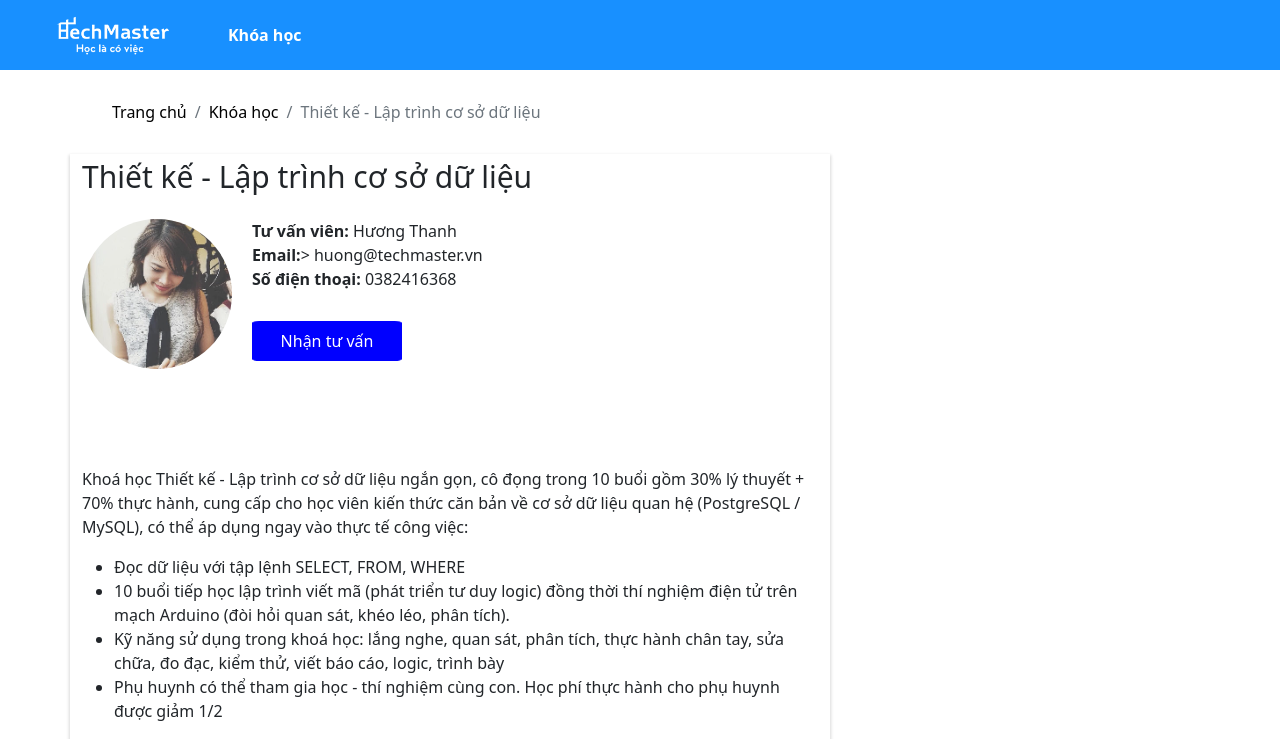
Repository: khanhnahk306/khanhnahk.github.io
Page: Clone_Techmaster/html/database.html
These files come from the project's save history. The page is drawn as it stood at one moment and after a run of saves; the edit follows.
The browser window is 1280 px wide. The pictures show the whole page.

Above is the page before, as saved 2022-06-10 13:32:51.

### Clone_Techmaster/html/database.html
<!DOCTYPE html>
<html lang="en">

<head>
    <meta charset="UTF-8">
    <meta http-equiv="X-UA-Compatible" content="IE=edge">
    <meta name="viewport" content="width=device-width, initial-scale=1.0">
    <title>TechMaster</title>
    <link href="https://cdn.jsdelivr.net/npm/bootstrap@5.0.2/dist/css/bootstrap.min.css" rel="stylesheet"
        integrity="sha384-EVSTQN3/azprG1Anm3QDgpJLIm9Nao0Yz1ztcQTwFspd3yD65VohhpuuCOmLASjC" crossorigin="anonymous">
    <link rel="stylesheet" href="../css/style.css">
    <nav class="navbar navbar-expand-md navbar-dark" style="background-color: #1890ff; height: 70px;">
        <div class="image">
            <a href="../html/index.html">
                <img src="../picture/Capture.PNG" style="margin-left: 50px; width: 120px; ">
            </a>
        </div>
        <button class="navbar-toggler" type="button" data-toggle="collapse" data-target="#collapsibleNavbar">
            <span class="navbar-toggler-icon"></span>
        </button>
        <div class="collapse navbar-collapse" id="collapsibleNavbar">
            <ul class="navbar-nav">
                <li class="nav-item">
                    <a class="nav-link" href="#" style="margin-left: 50px; font-weight: bolder; color: white;">Khóa
                        học</a>
                </li>
            </ul>
        </div>
    </nav>
    <style>
        button {
            width: 150px;
            height: 40px;
            margin-top: 30px;
            background-color: blue;
            color: #fff;
            border-radius: 5%;
            border: 1px solid blue;
        }

        img {
            border-radius: 50%;
            -moz-border-radius: 50%;
            -webkit-border-radius: 50%;
        }
    </style>
</head>

<body>
    <div class="container">
        <div class="row">
            <div class="col-12">
                <ul class="breadcrumb" style="margin: 30px;">
                    <li class="breadcrumb-item"><a href="../html/index.html">Trang chủ</a></li>
                    <li class="breadcrumb-item"><a href="#">Khóa học</a></li>
                    <li class="breadcrumb-item active" aria-current="page">Thiết kế - Lập trình cơ sở dữ liệu
                    </li>
                </ul>
            </div>
        </div>
        <div class="row">
            <div class="col-sm-12 col-md-8" style="box-shadow: 0 2px 3px 1px rgb(0 0 0 / 15%);">
                <div class="title" style="margin-bottom: 20px; font-size: 30px;">Thiết kế - Lập trình cơ sở dữ liệu
                </div>
                <div class="support" style="display: flex;">
                    <div class="support-left">
                        <img src="../picture/avatar.png">
                    </div>
                    <div class="support-right" style="margin-left: 20px;">
                        <span><b>Tư vấn viên:</b> Hương Thanh</span><br>
                        <span><b>Email:</b>> huong@techmaster.vn</span><br>
                        <span><b>Số điện thoại:</b> 0382416368</span><br>
                        <button type="button">Nhận tư vấn</button>
                    </div>
                </div>
                <div class="content">
                    <br><br>
                    <p>
                        Khoá học Thiết kế - Lập trình cơ sở dữ liệu ngắn gọn, cô đọng trong 10 buổi gồm 30% lý thuyết +
                        70% thực hành, cung cấp cho học viên kiến thức căn bản về cơ sở dữ liệu quan hệ (PostgreSQL /
                        MySQL), có thể áp dụng ngay vào thực tế công việc:
                    </p>
                    <ul>
                        <li>Đọc dữ liệu với tập lệnh SELECT, FROM, WHERE</li>
                        <li>10 buổi tiếp học lập trình viết mã (phát triển tư duy logic) đồng thời thí nghiệm điện tử
                            trên mạch Arduino (đòi hỏi quan sát, khéo léo, phân tích).
                        </li>
                        <li>Kỹ năng sử dụng trong khoá học: lắng nghe, quan sát, phân tích, thực hành chân tay, sửa
                            chữa, đo đạc, kiểm thử, viết báo cáo, logic, trình bày</li>
                        <li>Phụ huynh có thể tham gia học - thí nghiệm cùng con. Học phí thực hành cho phụ huynh được
                            giảm 1/2</li>
                    </ul>
                </div>
            </div>
        </div>
    </div>
</body>

</html>

### Clone_Techmaster/css/style.css
html,
body {
    width: auto !important;
    overflow-x: hidden !important;
}

* {
    box-sizing: border-box;
}

a {
    text-decoration: none;
    color: black;
}

h1 {
    text-align: center;
    color: black;
}

h2 {
    margin-left: 10px;
    font-size: 20px;
}

p {
    margin-top: 50px;
}

.md-radio {
    font-size: 25px;
}

.search {
    margin-right: 523px;
    margin-left: 7px;
    margin-top: 15px;
    width: 270px;
    border-radius: 2%;
    border: 1px solid white;
}

.container {
    margin: auto;
    display: flex;
    flex-wrap: wrap;
}

.row {
    width: 1200px;
}

.picture {
    width: 270px;
    height: 270px;
    border-radius: 2% 2% 0 0;
    object-fit: cover;
}

.box {
    width: 270px;
    margin: 15px;
    background-color: white;
    border-radius: 2%;
    box-shadow: 0 2px 3px 1px rgb(0 0 0 / 15%);
}

.description {
    max-width: 100px;
    margin-left: 10px;
    margin-right: 10px;
}

.box:hover {
    transform: scale(1);
    transition: 1s;
    opacity: 1.0;
    filter: drop-shadow(5px 10px 5px gray);
}

After the next 2 saves:
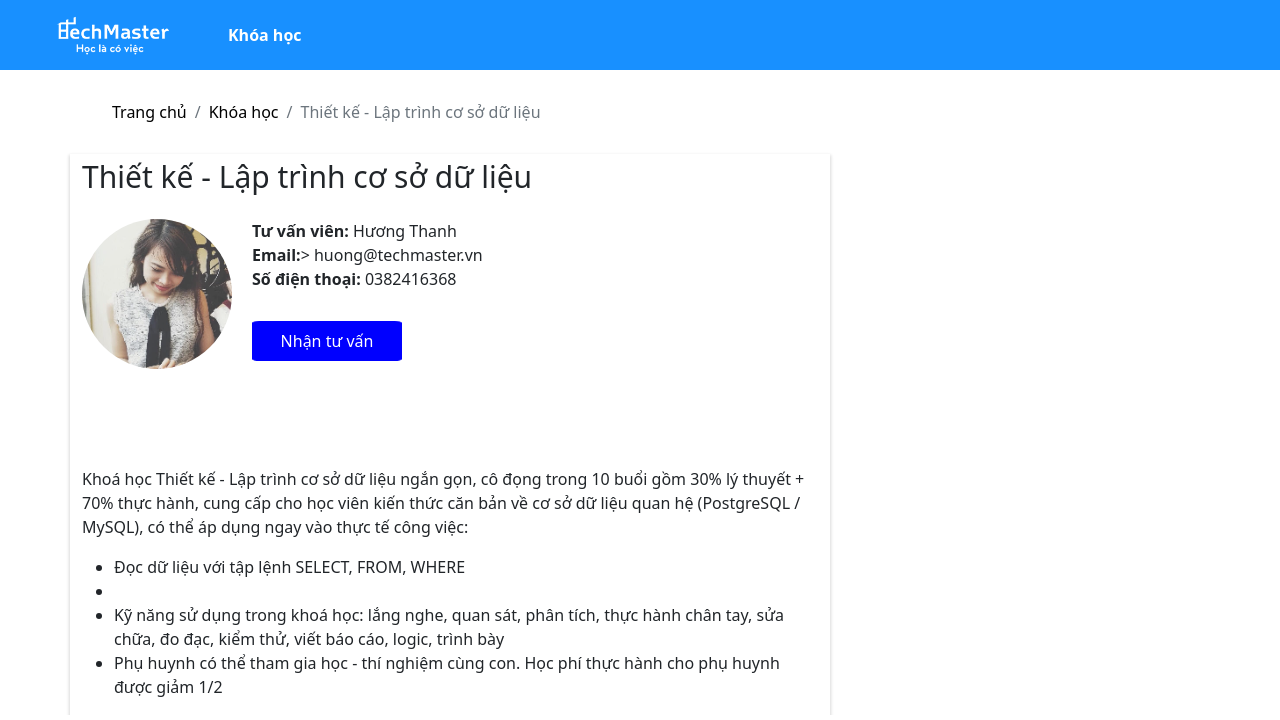
The 2 saves are shown as one change because they came seconds apart.
The last was saved 8 s later.
--- a/Clone_Techmaster/html/database.html
+++ b/Clone_Techmaster/html/database.html
@@ -82,9 +82,8 @@
                     </p>
                     <ul>
                         <li>Đọc dữ liệu với tập lệnh SELECT, FROM, WHERE</li>
-                        <li>10 buổi tiếp học lập trình viết mã (phát triển tư duy logic) đồng thời thí nghiệm điện tử
-                            trên mạch Arduino (đòi hỏi quan sát, khéo léo, phân tích).
-                        </li>
+                        <li>
+                </li>
                         <li>Kỹ năng sử dụng trong khoá học: lắng nghe, quan sát, phân tích, thực hành chân tay, sửa
                             chữa, đo đạc, kiểm thử, viết báo cáo, logic, trình bày</li>
                         <li>Phụ huynh có thể tham gia học - thí nghiệm cùng con. Học phí thực hành cho phụ huynh được
